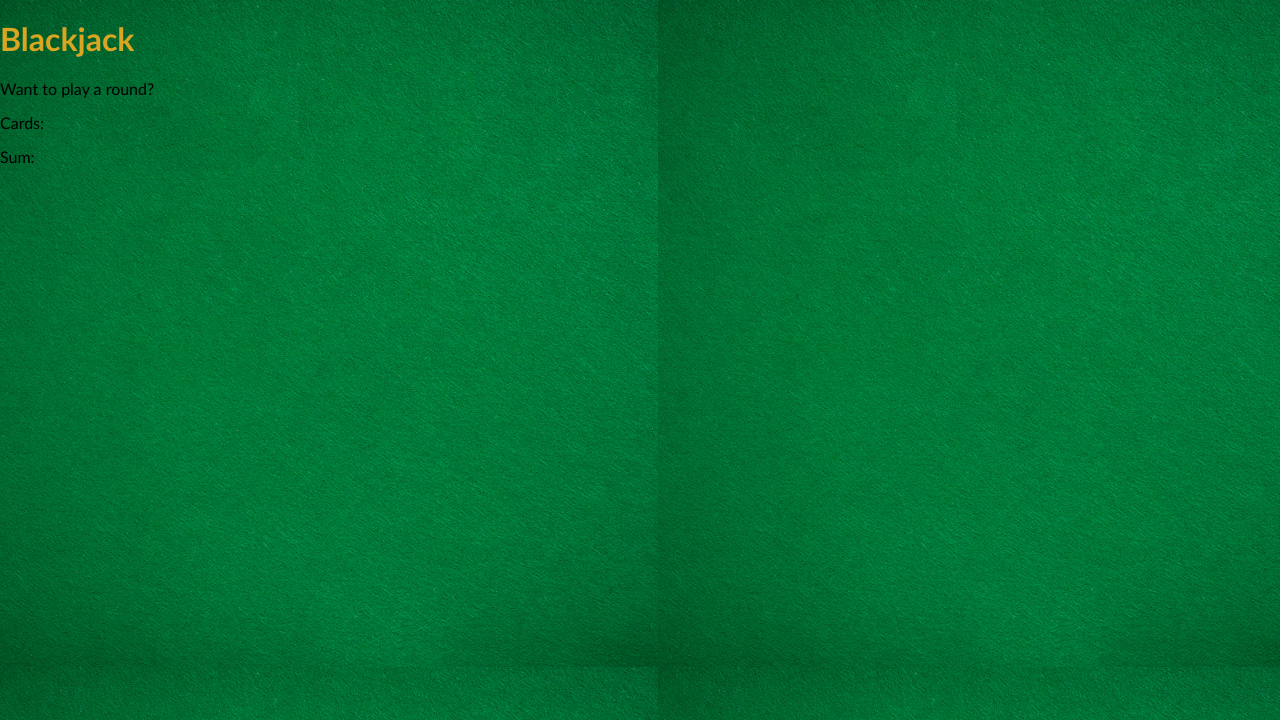
Repository: jt010051/JavaScriptBlackJack
Page: index.html
An editor plug-in stored every save of this project. The page is shown before and after the next save, followed by the edit.
The browser window is 1280 px wide. The pictures show the whole page.

Above is the page before, as saved 2022-02-26 17:45:17.

After the next save:
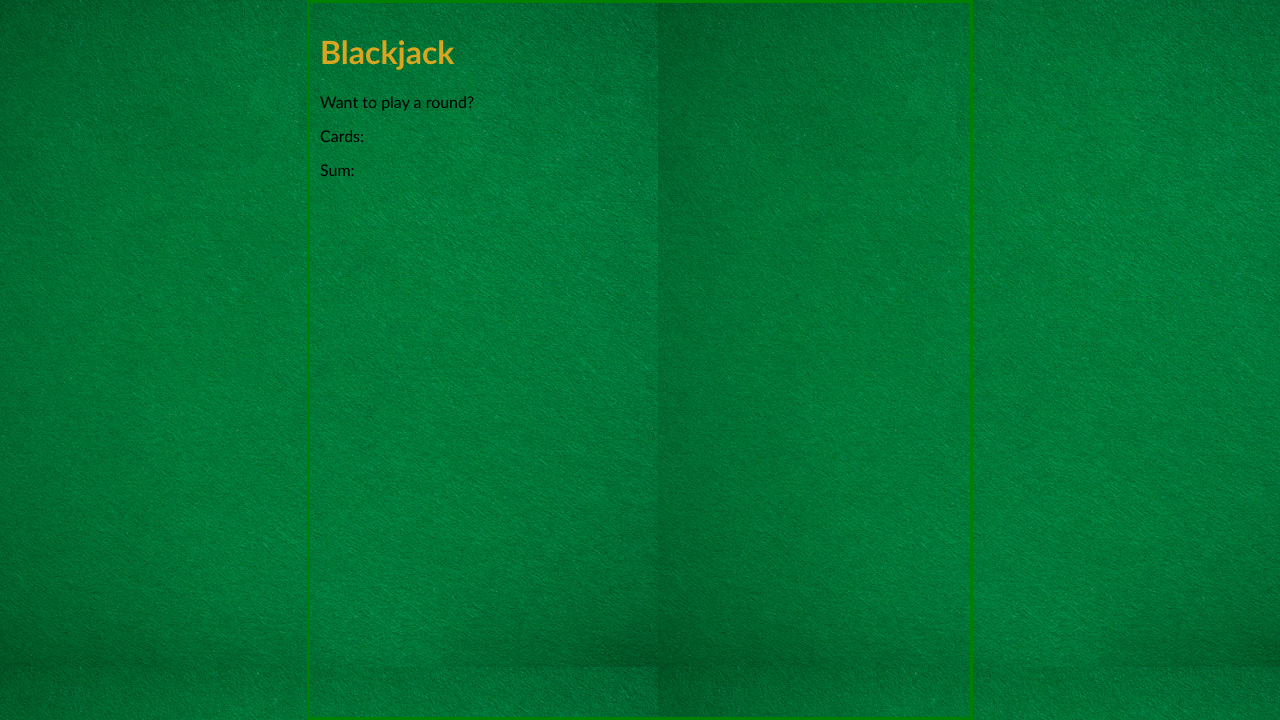
Saved 57 s later.
--- a/index.css
+++ b/index.css
@@ -3,6 +3,10 @@
 body {
   font-family: 'Trebuchet MS', 'Lucida Sans Unicode', 'Lucida Grande', 'Lucida Sans', Arial, sans-serif;
   background-image: url("images/table.png");
+  margin: auto;
+  width: 50%;
+  border: 3px solid green;
+  padding: 10px;
 }
 
 h1 {
